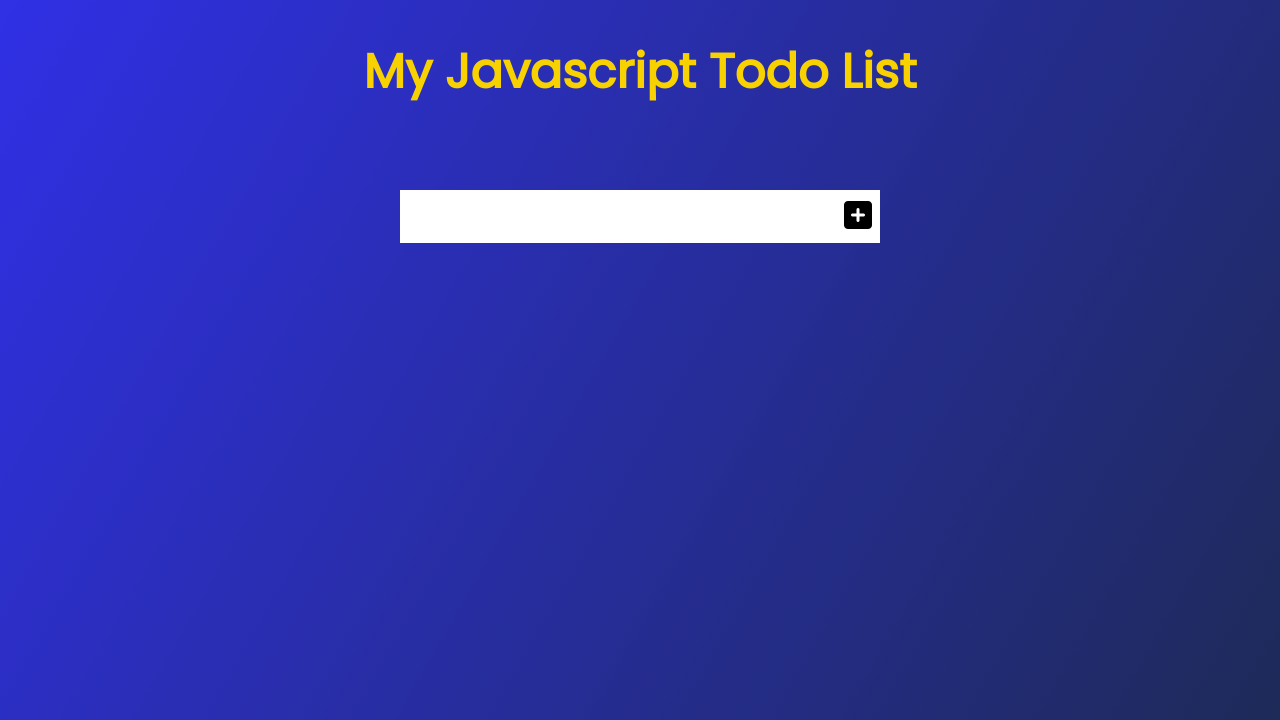
Repository: LuisMiLR/JavaScript-Todo-List
Page: index.html
These files come from the project's save history. The page is drawn as it stood at one moment and after the next save; the edit follows.
The browser window is 1280 px wide. The pictures show the whole page.

Above is the page before, as saved 2023-05-01 13:37:48.

After the next save:
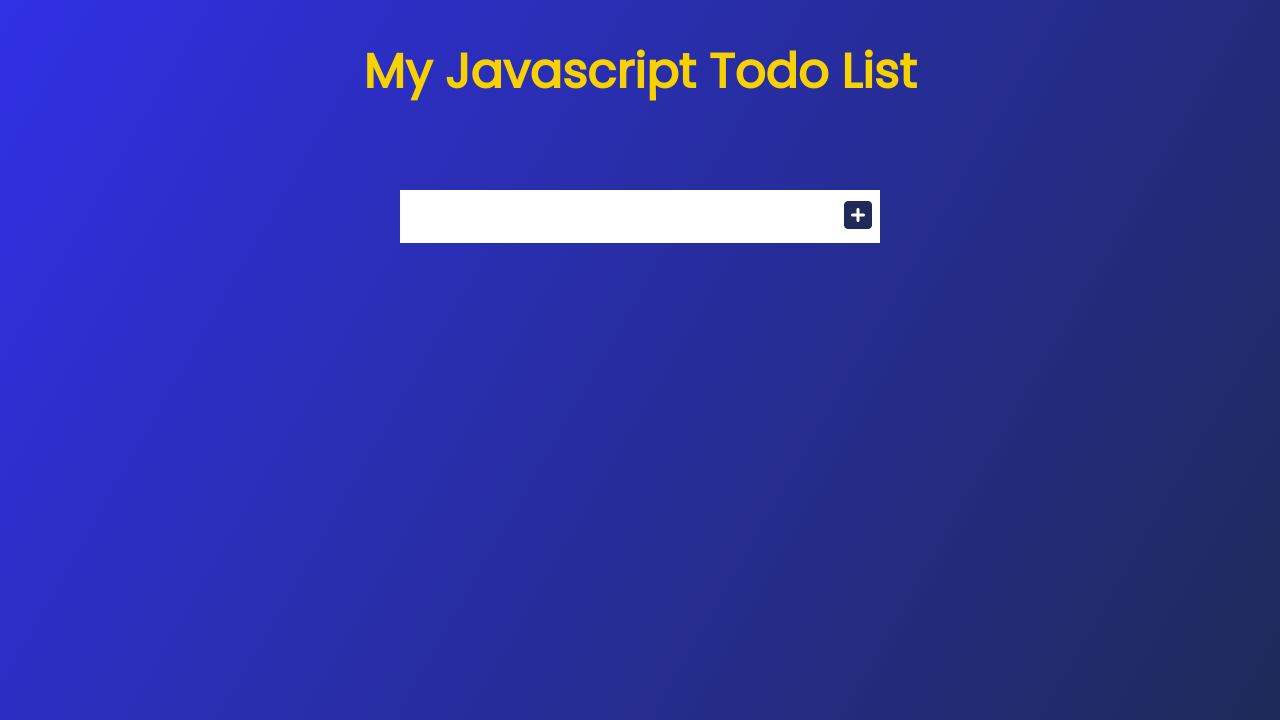
Saved 11 s later.
--- a/style.css
+++ b/style.css
@@ -28,5 +28,5 @@ form input, form button {
     background: white;
 }
 form button{
-    color: ;
+    color: #1e2a58;
 }
